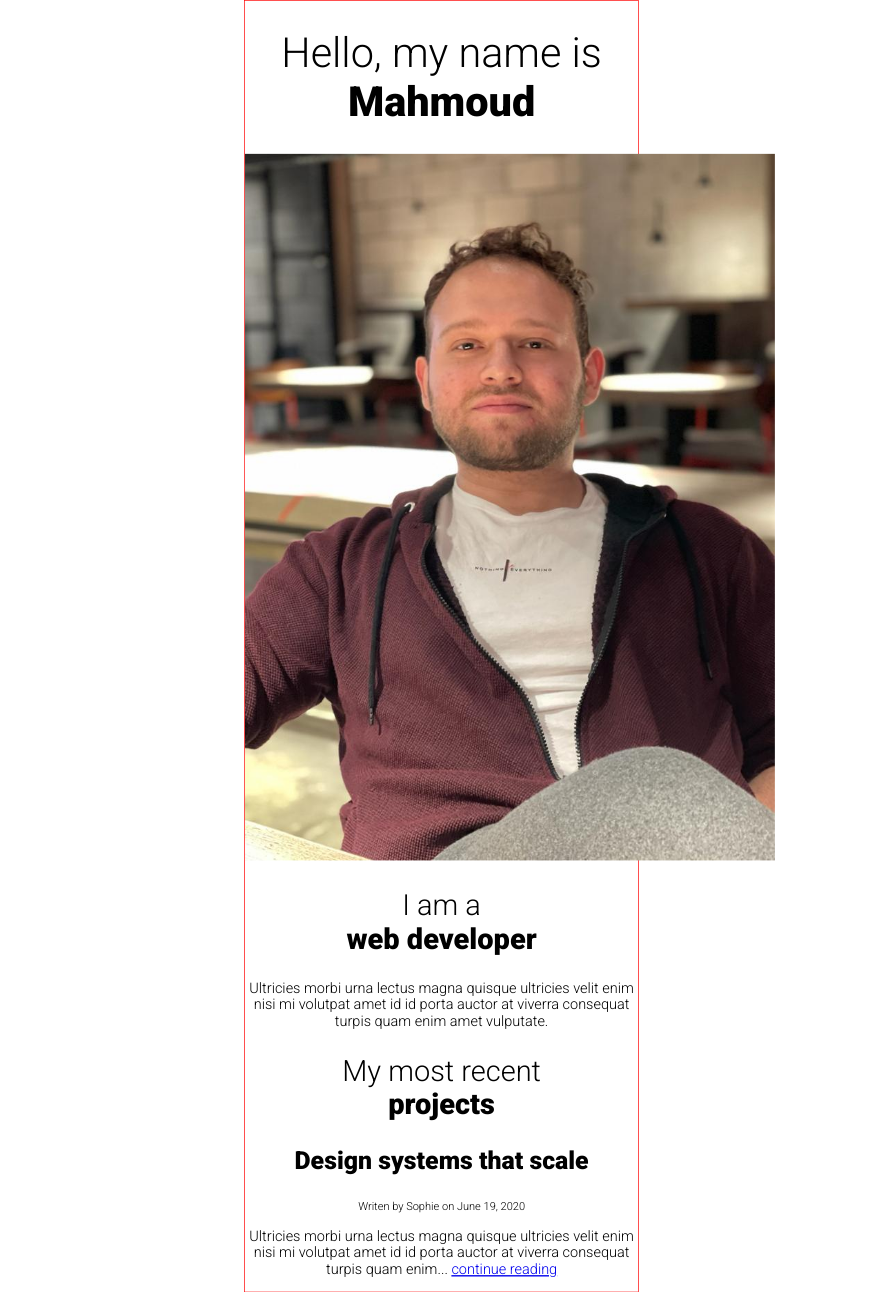
Repository: Doumham-Armah/portfolio
Page: index.html
The author's editor kept a copy of each file at every save. The page is drawn from the files as they stood at one save, then again after the next save.
The browser window is 1280 px wide. The pictures show the whole page, at 69% of full size.

Above is the page before, as saved 2021-08-17 12:05:09.

After the next save:
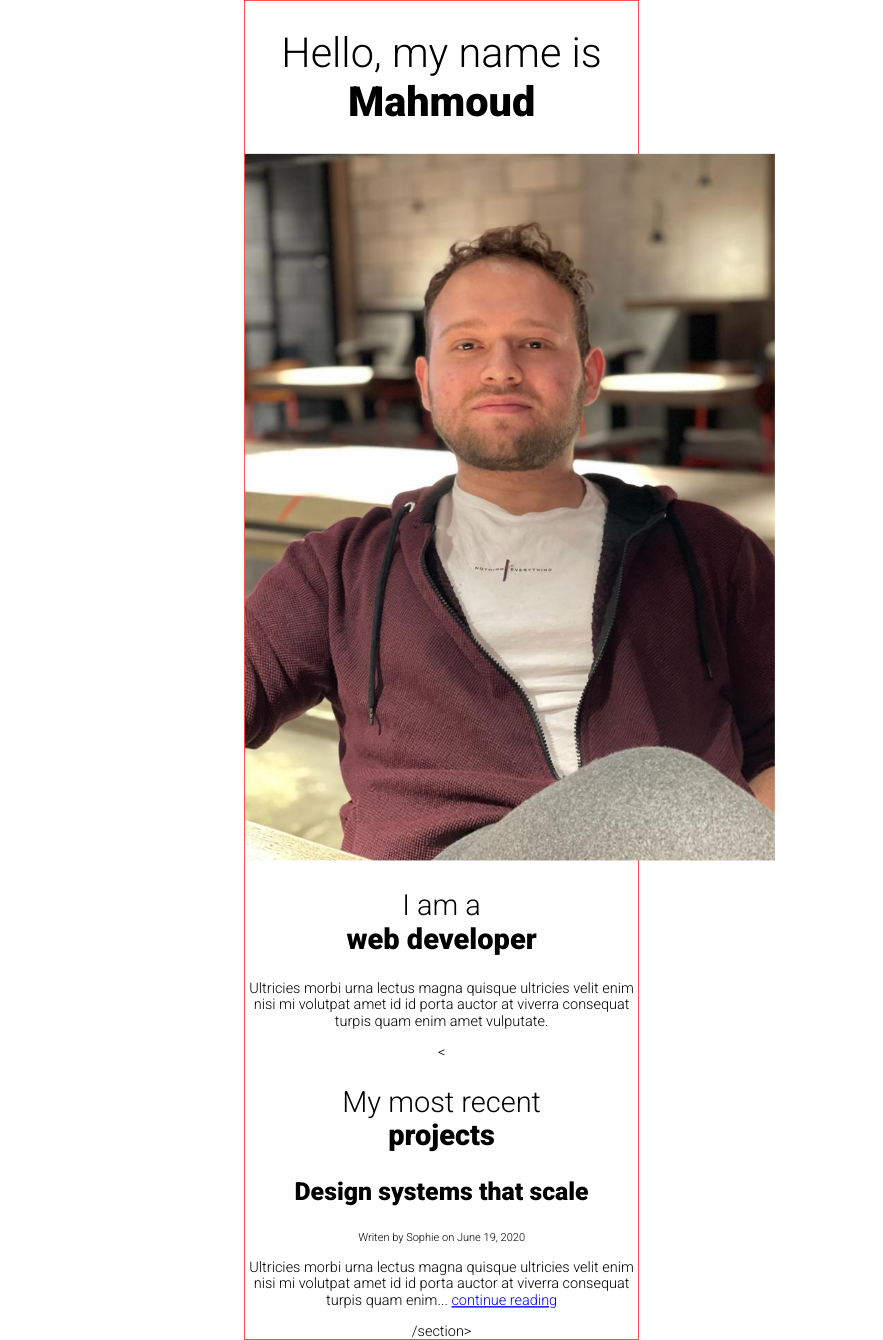
Saved 16 s later.
--- a/index.html
+++ b/index.html
@@ -27,6 +27,7 @@
         </p>
       </section>
 
+      <section><
       <h2>My most recent <span>projects</span></h2>
       <article>
         <h3>Design systems that scale</h3>
@@ -37,6 +38,7 @@
           enim... <a href="#">continue reading</a>
         </p>
       </article>
+      /section>
     </div>
   </body>
 </html>
